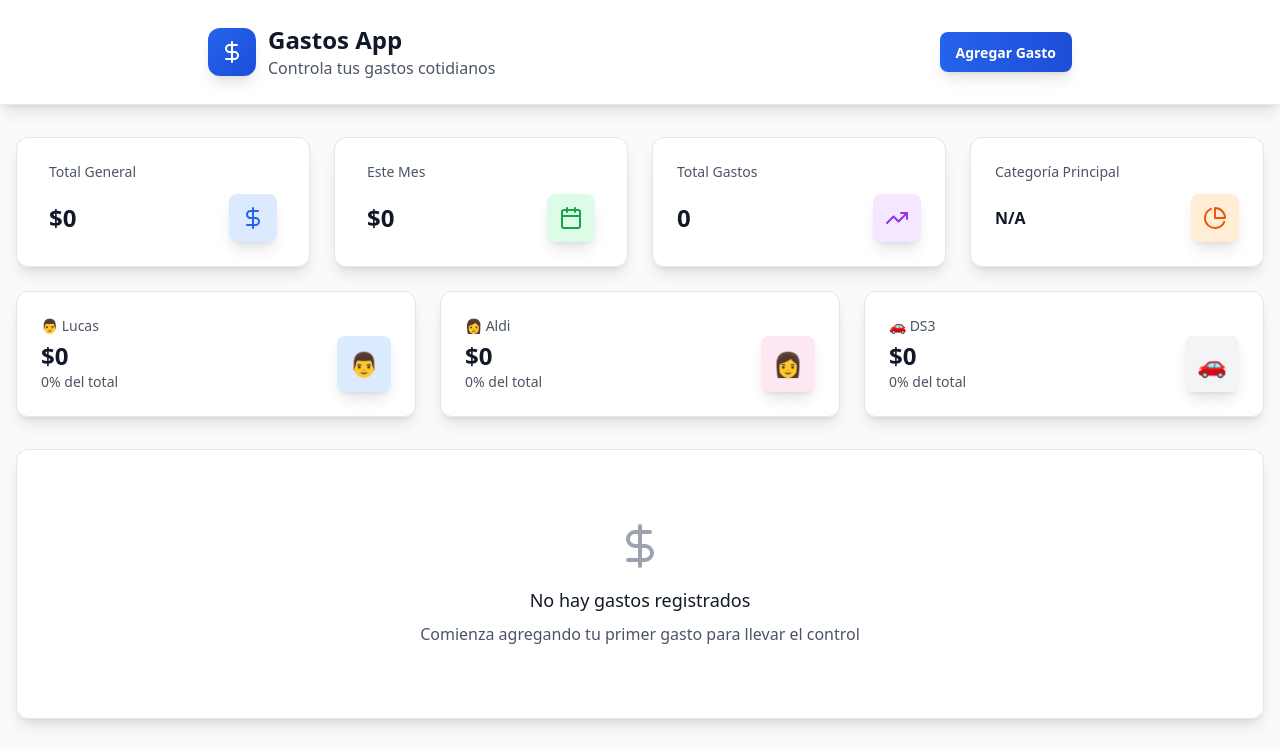
Repository: lucastenaglia/Gastosapp
Page: /
These files come from the project's save history. The page is drawn as it stood at one moment and after the next save; the edit follows.
The browser window is 1280 px wide. The pictures show the whole page.
The page's requests for data from a server got no answer. The project was rebuilt for these pictures with package versions that can differ from the ones it lists, and the page was loaded fresh each time. No one was signed in, and anything a server would have sent is missing. Also part of the build but not shown: vite.config.js, src/components/ExpenseForm.jsx.

Above is the page before, as saved 2025-08-13 18:52:20.

### index.html
<!DOCTYPE html>
<html lang="es">
  <head>
    <meta charset="UTF-8" />
    <link rel="icon" type="image/svg+xml" href="data:[embedded picture, 125 characters]" />
    <meta name="viewport" content="width=device-width, initial-scale=1.0" />
    <title>Gastos App - Control de Gastos Cotidianos</title>
  </head>
  <body>
    <div id="root"></div>
    <script type="module" src="/src/main.jsx"></script>
  </body>
</html>

### src/App.jsx
import { useState, useEffect } from 'react'
import Header from './components/Header'
import ExpenseForm from './components/ExpenseForm'
import ExpenseList from './components/ExpenseList'
import ExpenseSummary from './components/ExpenseSummary'
import { getExpenses, addExpense, updateExpense, deleteExpense } from './services/expenseService'

function App() {
  const [expenses, setExpenses] = useState([])
  const [isFormOpen, setIsFormOpen] = useState(false)
  const [loading, setLoading] = useState(true)
  const [error, setError] = useState(null)

  // Cargar gastos al iniciar la aplicación
  useEffect(() => {
    loadExpenses()
  }, [])

  // Cerrar modal con Escape
  useEffect(() => {
    const handleEscape = (e) => {
      if (e.key === 'Escape' && isFormOpen) {
        setIsFormOpen(false)
      }
    }

    if (isFormOpen) {
      document.addEventListener('keydown', handleEscape)
      // Bloquear el scroll del body
      document.body.style.overflow = 'hidden'
    }

    return () => {
      document.removeEventListener('keydown', handleEscape)
      // Restaurar el scroll del body
      document.body.style.overflow = 'unset'
    }
  }, [isFormOpen])

  const loadExpenses = async () => {
    try {
      setLoading(true)
      const data = await getExpenses()
      setExpenses(data)
      setError(null)
    } catch (err) {
      setError('Error al cargar los gastos')
      console.error(err)
    } finally {
      setLoading(false)
    }
  }

  const handleAddExpense = async (expense) => {
    try {
      const newExpense = await addExpense(expense)
      setExpenses([newExpense, ...expenses])
      setIsFormOpen(false)
    } catch (err) {
      setError('Error al agregar el gasto')
      console.error(err)
    }
  }

  const handleDeleteExpense = async (id) => {
    try {
      await deleteExpense(id)
      setExpenses(expenses.filter(expense => expense.id !== id))
    } catch (err) {
      setError('Error al eliminar el gasto')
      console.error(err)
    }
  }

  const handleEditExpense = async (id, updatedExpense) => {
    try {
      const updated = await updateExpense(id, updatedExpense)
      setExpenses(expenses.map(expense =>
        expense.id === id ? updated : expense
      ))
    } catch (err) {
      setError('Error al actualizar el gasto')
      console.error(err)
    }
  }

  return (
    <div className="min-h-screen bg-gray-50">
      <Header onAddExpense={() => setIsFormOpen(true)} />

      <main className="container mx-auto px-4 py-8 max-w-4.5xl">
        {error && (
          <div className="bg-red-100 border border-red-400 text-red-700 px-4 py-3 rounded mb-6">
            {error}
          </div>
        )}

        <ExpenseSummary expenses={expenses} />

        <div className="mt-8">
          <ExpenseList
            expenses={expenses}
            onDelete={handleDeleteExpense}
            onEdit={handleEditExpense}
            loading={loading}
          />
        </div>
      </main>

      {/* Modal Overlay */}
      {isFormOpen && (
        <div
          className="fixed inset-0 bg-black bg-opacity-50 flex items-center justify-center z-50 p-4 animate-in fade-in duration-200"
          onClick={() => setIsFormOpen(false)}
        >
          <div
            className="bg-white rounded-xl shadow-2xl max-w-md w-full mx-4 max-h-[90vh] overflow-y-auto animate-in zoom-in-95 duration-200"
            onClick={(e) => e.stopPropagation()}
          >
            <ExpenseForm
              onSubmit={handleAddExpense}
              onCancel={() => setIsFormOpen(false)}
            />
          </div>
        </div>
      )}
    </div>
  )
}

export default App

### src/index.css
@tailwind base;
@tailwind components;
@tailwind utilities;

@layer base {
  body {
    @apply bg-gray-50 text-gray-900;
  }
}

@layer components {
                .btn-primary {
                @apply bg-primary-600 hover:bg-primary-700 text-white font-medium py-2 px-4 rounded-lg transition-all duration-300 shadow-md hover:shadow-lg hover:-translate-y-0.5 transform;
              }

              .btn-secondary {
                @apply bg-gray-200 hover:bg-gray-300 text-gray-800 font-medium py-2 px-4 rounded-lg transition-all duration-300 shadow-md hover:shadow-lg hover:-translate-y-0.5 transform;
              }

                .input-field {
                @apply w-full px-3 py-2 border border-gray-300 rounded-lg focus:outline-none focus:ring-2 focus:ring-primary-500 focus:border-transparent shadow-sm focus:shadow-md transition-all duration-300;
              }

                            .card {
                @apply bg-white rounded-xl shadow-lg border border-gray-200 p-6 transform transition-all duration-300 hover:shadow-2xl hover:-translate-y-1;
              }

              .modal-enter {
                @apply opacity-0 scale-95;
              }

              .modal-enter-active {
                @apply opacity-100 scale-100 transition-all duration-200 ease-out;
              }

              .modal-exit {
                @apply opacity-100 scale-100;
              }

              .modal-exit-active {
                @apply opacity-0 scale-95 transition-all duration-200 ease-in;
              }
}

### src/components/Header.jsx
import { Plus, DollarSign } from 'lucide-react'

const Header = ({ onAddExpense }) => {
  return (
    <header className="bg-white shadow-lg border-b border-gray-200">
      <div className="container mx-auto px-4 py-6 max-w-4xl">
        <div className="flex items-center justify-between">
          <div className="flex items-center space-x-3">
            <div className="bg-gradient-to-br from-primary-600 to-primary-700 p-3 rounded-xl shadow-lg">
              <DollarSign className="h-6 w-6 text-white" />
            </div>
            <div>
              <h1 className="text-2xl font-bold text-gray-900">Gastos App</h1>
              <p className="text-gray-600">Controla tus gastos cotidianos</p>
            </div>
          </div>

          <button
            onClick={onAddExpense}
            className="bg-gradient-to-r from-primary-600 to-primary-700 active:from-primary-800 active:to-primary-900 text-white font-semibold py-2 px-4 rounded-lg shadow-lg hover:shadow-xl active:shadow-md active:translate-y-0.5 transition-all duration-200 border-0 focus:outline-none focus:ring-2 focus:ring-primary-300"
          >
            <span className="text-sm">Agregar Gasto</span>
          </button>
        </div>
      </div>
    </header>
  )
}

export default Header

### src/components/ExpenseList.jsx
import { useState } from 'react'
import { Trash2, Edit, Calendar, DollarSign } from 'lucide-react'

const ExpenseList = ({ expenses, onDelete, onEdit, loading }) => {
  const [editingId, setEditingId] = useState(null)
  const [editForm, setEditForm] = useState({})

  const categoryIcons = {
    comida: '🍽️',
    super: '🛒',
    auto: '🚗',
    entretenimiento: '🎮',
    salud: '💊',
    ropa: '👕',
    hogar: '🏠',
    otros: '📦'
  }

  const categoryColors = {
    comida: 'bg-orange-100 text-orange-800',
    super: 'bg-red-100 text-red-800',
    auto: 'bg-blue-100 text-blue-800',
    entretenimiento: 'bg-purple-100 text-purple-800',
    salud: 'bg-green-100 text-green-800',
    ropa: 'bg-pink-100 text-pink-800',
    hogar: 'bg-yellow-100 text-yellow-800',
    otros: 'bg-gray-100 text-gray-800'
  }

  const handleEdit = (expense) => {
    setEditingId(expense.id)
    setEditForm({
      description: expense.description,
      amount: expense.amount.toString(),
      category: expense.category,
      person: expense.person || 'lucas',
      date: expense.date
    })
  }

  const handleSaveEdit = (id) => {
    onEdit(id, {
      ...editForm,
      amount: parseFloat(editForm.amount)
    })
    setEditingId(null)
    setEditForm({})
  }

  const handleCancelEdit = () => {
    setEditingId(null)
    setEditForm({})
  }

  const formatDate = (dateString) => {
    const date = new Date(dateString)
    return date.toLocaleDateString('es-ES', {
      year: 'numeric',
      month: 'short',
      day: 'numeric'
    })
  }

  if (loading) {
    return (
      <div className="card">
        <div className="text-center py-12">
          <div className="animate-spin rounded-full h-12 w-12 border-b-2 border-primary-600 mx-auto mb-4"></div>
          <h3 className="text-lg font-medium text-gray-900 mb-2">
            Cargando gastos...
          </h3>
          <p className="text-gray-600">
            Conectando con la base de datos
          </p>
        </div>
      </div>
    )
  }

  if (expenses.length === 0) {
    return (
      <div className="card">
        <div className="text-center py-12">
          <DollarSign className="h-12 w-12 text-gray-400 mx-auto mb-4" />
          <h3 className="text-lg font-medium text-gray-900 mb-2">
            No hay gastos registrados
          </h3>
          <p className="text-gray-600">
            Comienza agregando tu primer gasto para llevar el control
          </p>
        </div>
      </div>
    )
  }

  return (
    <div className="card">
      <h2 className="text-xl font-semibold text-gray-900 mb-6">
        Historial de Gastos
      </h2>

      <div className="space-y-3">
        {expenses.map(expense => (
          <div key={expense.id} className="border border-gray-200 rounded-lg p-3 sm:p-4 bg-white shadow-md hover:shadow-xl hover:-translate-y-1 transform transition-all duration-300">
            {editingId === expense.id ? (
              <div className="space-y-3">
                <input
                  type="text"
                  value={editForm.description}
                  onChange={(e) => setEditForm({...editForm, description: e.target.value})}
                  className="input-field"
                />
                <div className="grid grid-cols-1 sm:grid-cols-2 gap-3">
                  <input
                    type="number"
                    value={editForm.amount}
                    onChange={(e) => setEditForm({...editForm, amount: e.target.value})}
                    className="input-field"
                    step="1"
                    min="0"
                  />
                  <select
                    value={editForm.category}
                    onChange={(e) => setEditForm({...editForm, category: e.target.value})}
                    className="input-field"
                  >
                    <option value="comida">🍽️ Comida</option>
                    <option value="super">🛒 Super</option>
                    <option value="auto">🚗 Auto</option>
                    <option value="entretenimiento">🎮 Entretenimiento</option>
                    <option value="salud">💊 Salud</option>
                    <option value="ropa">👕 Ropa</option>
                    <option value="hogar">🏠 Hogar</option>
                    <option value="otros">📦 Otros</option>
                  </select>
                </div>
                <div className="grid grid-cols-1 sm:grid-cols-2 gap-3">
                  <select
                    value={editForm.person}
                    onChange={(e) => setEditForm({...editForm, person: e.target.value})}
                    className="input-field"
                  >
                    <option value="lucas">👨 Lucas</option>
                    <option value="aldi">👩 Aldi</option>
                  </select>
                  <input
                    type="date"
                    value={editForm.date}
                    onChange={(e) => setEditForm({...editForm, date: e.target.value})}
                    className="input-field"
                  />
                </div>
                <div className="flex space-x-2">
                  <button
                    onClick={() => handleSaveEdit(expense.id)}
                    className="btn-primary text-sm flex-1"
                  >
                    Guardar
                  </button>
                  <button
                    onClick={handleCancelEdit}
                    className="btn-secondary text-sm flex-1"
                  >
                    Cancelar
                  </button>
                </div>
              </div>
            ) : (
              <div className="space-y-3">
                {/* Header con icono, descripción y monto */}
                <div className="flex items-start justify-between">
                  <div className="flex items-center space-x-3 flex-1 min-w-0">
                    <div className={`p-2 rounded-lg flex-shrink-0 ${categoryColors[expense.category]}`}>
                      <span className="text-lg">{categoryIcons[expense.category]}</span>
                    </div>

                    <div className="flex-1 min-w-0">
                      <h3 className="font-medium text-gray-900 truncate">
                        {expense.description}
                      </h3>
                      <div className="flex items-center space-x-2 text-sm text-gray-600 mt-1">
                        <span className="flex items-center space-x-1">
                          <Calendar className="h-3 w-3" />
                          <span className="hidden sm:inline">{formatDate(expense.date)}</span>
                          <span className="sm:hidden">{new Date(expense.date).toLocaleDateString('es-ES', { day: '2-digit', month: '2-digit' })}</span>
                        </span>
                        <span className="hidden sm:inline">•</span>
                        <span className="capitalize text-xs sm:text-sm">{expense.category}</span>
                      </div>
                    </div>
                  </div>

                  <div className="flex items-center space-x-2 flex-shrink-0">
                    <span className="text-lg font-semibold text-gray-900">
                      ${expense.amount}
                    </span>

                    <div className="flex space-x-1">
                      <button
                        onClick={() => handleEdit(expense)}
                        className="p-1 text-gray-400 hover:text-blue-600 transition-colors"
                        title="Editar"
                      >
                        <Edit className="h-4 w-4" />
                      </button>
                      <button
                        onClick={() => onDelete(expense.id)}
                        className="p-1 text-gray-400 hover:text-red-600 transition-colors"
                        title="Eliminar"
                      >
                        <Trash2 className="h-4 w-4" />
                      </button>
                    </div>
                  </div>
                </div>

                {/* Información adicional en móvil */}
                <div className="sm:hidden flex items-center justify-between text-sm text-gray-600 border-t pt-2">
                  <span className="flex items-center space-x-1">
                    <span>{expense.person === 'lucas' ? '👨' : '👩'}</span>
                    <span className="capitalize">{expense.person || 'lucas'}</span>
                  </span>
                  <span className="text-xs">
                    {new Date(expense.date).toLocaleDateString('es-ES', { year: 'numeric' })}
                  </span>
                </div>
              </div>
            )}
          </div>
        ))}
      </div>
    </div>
  )
}

export default ExpenseList

### src/components/ExpenseSummary.jsx
import { TrendingUp, Calendar, DollarSign, PieChart } from 'lucide-react'

const ExpenseSummary = ({ expenses }) => {
  const totalExpenses = expenses.reduce((sum, expense) => sum + expense.amount, 0)

  const today = new Date()
  const thisMonth = today.getMonth()
  const thisYear = today.getFullYear()

  const monthlyExpenses = expenses.filter(expense => {
    const expenseDate = new Date(expense.date)
    return expenseDate.getMonth() === thisMonth && expenseDate.getFullYear() === thisYear
  })

  const monthlyTotal = monthlyExpenses.reduce((sum, expense) => sum + expense.amount, 0)

  const categoryTotals = expenses.reduce((acc, expense) => {
    acc[expense.category] = (acc[expense.category] || 0) + expense.amount
    return acc
  }, {})

  const topCategory = Object.entries(categoryTotals).sort(([,a], [,b]) => b - a)[0]

     // Estadísticas por persona
   const personTotals = expenses.reduce((acc, expense) => {
     // Si la categoría es "auto", asignar a "ds3", sino usar la persona seleccionada
     const person = expense.category === 'auto' ? 'ds3' : (expense.person || 'lucas')
     acc[person] = (acc[person] || 0) + expense.amount
     return acc
   }, {})

   const lucasTotal = personTotals.lucas || 0
   const aldiTotal = personTotals.aldi || 0
   const ds3Total = personTotals.ds3 || 0

  const formatCurrency = (amount) => {
    return `$${Math.round(amount).toLocaleString('en-US')}`
  }

  return (
    <div className="space-y-4 sm:space-y-6">
                  {/* Primera fila - Estadísticas generales */}
      <div className="grid grid-cols-2 lg:grid-cols-4 gap-3 sm:gap-6">
                 {/* Total General */}
          <div className="card relative p-4 sm:p-6 lg:px-8">
           <div className="space-y-3">
             <p className="text-xs sm:text-sm font-medium text-gray-600">Total General</p>
             <div className="flex items-center justify-between">
               <div className="flex-1">
                 <p className="text-lg sm:text-xl lg:text-2xl font-bold text-gray-900">
                   {formatCurrency(totalExpenses)}
                 </p>
               </div>
               <div className="bg-blue-100 p-2 sm:p-2.5 lg:p-3 rounded-lg shadow-lg ml-4">
                 <DollarSign className="h-4 w-4 sm:h-5 sm:w-5 lg:h-6 lg:w-6 text-blue-600" />
               </div>
             </div>
           </div>
         </div>

                                   {/* Gastos del Mes */}
          <div className="card relative p-4 sm:p-6 lg:px-8">
           <div className="space-y-3">
             <p className="text-xs sm:text-sm font-medium text-gray-600">Este Mes</p>
             <div className="flex items-center justify-between">
               <div className="flex-1">
                 <p className="text-lg sm:text-xl lg:text-2xl font-bold text-gray-900">
                   {formatCurrency(monthlyTotal)}
                 </p>
               </div>
               <div className="bg-green-100 p-2 sm:p-2.5 lg:p-3 rounded-lg shadow-lg ml-4">
                 <Calendar className="h-4 w-4 sm:h-5 sm:w-5 lg:h-6 lg:w-6 text-green-600" />
               </div>
             </div>
           </div>
         </div>

                                   {/* Total de Gastos */}
          <div className="card relative p-4 sm:p-6 lg:px-6">
           <div className="space-y-3">
             <p className="text-xs sm:text-sm font-medium text-gray-600">Total Gastos</p>
             <div className="flex items-center justify-between">
                 <div className="flex-1">
                  <p className="text-2xl sm:text-3xl lg:text-2xl font-bold text-gray-900">
                   {expenses.length}
                 </p>
               </div>
                                 <div className="bg-purple-100 p-2 sm:p-2.5 lg:p-3 rounded-lg shadow-lg ml-4">
                 <TrendingUp className="h-4 w-4 sm:h-5 sm:w-5 lg:h-6 lg:w-6 text-purple-600" />
               </div>
             </div>
           </div>
         </div>

                 {/* Categoría Principal */}
         <div className="card relative p-4 sm:p-6 lg:px-6">
           <div className="space-y-3">
             <p className="text-xs sm:text-sm font-medium text-gray-600">Categoría Principal</p>
             <div className="flex items-center justify-between">
               <div className="flex-1">
                  <p className="text-base sm:text-lg lg:text-base font-semibold text-gray-900 capitalize">
                   {topCategory ? topCategory[0] : 'N/A'}
                 </p>
                 {topCategory && (
                   <p className="text-xs sm:text-sm text-gray-600">
                     {formatCurrency(topCategory[1])}
                   </p>
                 )}
               </div>
                                 <div className="bg-orange-100 p-2 sm:p-2.5 lg:p-3 rounded-lg shadow-lg ml-4">
                 <PieChart className="h-4 w-4 sm:h-5 sm:w-5 lg:h-6 lg:w-6 text-orange-600" />
               </div>
             </div>
           </div>
         </div>
      </div>

                    {/* Segunda fila - Estadísticas por persona */}
       <div className="grid grid-cols-1 sm:grid-cols-3 gap-3 sm:gap-6">
                 {/* Gastos de Lucas */}
         <div className="card relative p-4 sm:p-6">
           <div>
             <p className="text-xs sm:text-sm font-medium text-gray-600">👨 Lucas</p>
             <div className="flex items-end justify-between">
               <div>
                 <p className="text-lg sm:text-2xl font-bold text-gray-900">
                   {formatCurrency(lucasTotal)}
                 </p>
                 <p className="text-xs sm:text-sm text-gray-600">
                   {totalExpenses > 0 ? `${((lucasTotal / totalExpenses) * 100).toFixed(1)}%` : '0%'} del total
                 </p>
               </div>
               <div className="bg-blue-100 p-2 sm:p-3 rounded-lg shadow-lg">
                 <span className="text-lg sm:text-2xl">👨</span>
               </div>
             </div>
           </div>
         </div>

                 {/* Gastos de Aldi */}
         <div className="card relative p-4 sm:p-6">
           <div>
             <p className="text-xs sm:text-sm font-medium text-gray-600">👩 Aldi</p>
             <div className="flex items-end justify-between">
               <div>
                 <p className="text-lg sm:text-2xl font-bold text-gray-900">
                   {formatCurrency(aldiTotal)}
                 </p>
                 <p className="text-xs sm:text-sm text-gray-600">
                   {totalExpenses > 0 ? `${((aldiTotal / totalExpenses) * 100).toFixed(1)}%` : '0%'} del total
                 </p>
               </div>
               <div className="bg-pink-100 p-2 sm:p-3 rounded-lg shadow-lg">
                 <span className="text-lg sm:text-2xl">👩</span>
               </div>
             </div>
           </div>
         </div>

                 {/* Gastos de DS3 (Auto) */}
         <div className="card relative p-4 sm:p-6">
           <div>
             <p className="text-xs sm:text-sm font-medium text-gray-600">🚗 DS3</p>
             <div className="flex items-end justify-between">
               <div>
                 <p className="text-lg sm:text-2xl font-bold text-gray-900">
                   {formatCurrency(ds3Total)}
                 </p>
                 <p className="text-xs sm:text-sm text-gray-600">
                   {totalExpenses > 0 ? `${((ds3Total / totalExpenses) * 100).toFixed(1)}%` : '0%'} del total
                 </p>
               </div>
               <div className="bg-gray-100 p-2 sm:p-3 rounded-lg shadow-lg">
                 <span className="text-lg sm:text-2xl">🚗</span>
               </div>
             </div>
           </div>
         </div>
       </div>
    </div>
  )
}

export default ExpenseSummary

### src/lib/supabase.js
import { createClient } from '@supabase/supabase-js'

// Configuración de Supabase
const supabaseUrl = 'https://tiarifmkqcayodakifqu.supabase.co'
const supabaseAnonKey = 'eyJhbGciOiJIUzI1NiIsInR5cCI6IkpXVCJ9.eyJpc3MiOiJzdXBhYmFzZSIsInJlZiI6InRpYXJpZm1rcWNheW9kYWtpZnF1Iiwicm9sZSI6ImFub24iLCJpYXQiOjE3NTQyMzYxMzcsImV4cCI6MjA2OTgxMjEzN30.qJr6Xvo0UF5_XPq4UWidASjwgjcWPFJ8CqR6mAHSsTU'

export const supabase = createClient(supabaseUrl, supabaseAnonKey)

### tailwind.config.js
/** @type {import('tailwindcss').Config} */
export default {
  content: [
    "./index.html",
    "./src/**/*.{js,ts,jsx,tsx}",
  ],
  theme: {
    extend: {
      colors: {
        primary: {
          50: '#eff6ff',
          500: '#3b82f6',
          600: '#2563eb',
          700: '#1d4ed8',
        }
      }
    },
  },
  plugins: [],
}

Loaded but not shown: src/main.jsx (common file); src/services/expenseService.js (78 lines, source omitted)

After the next save:
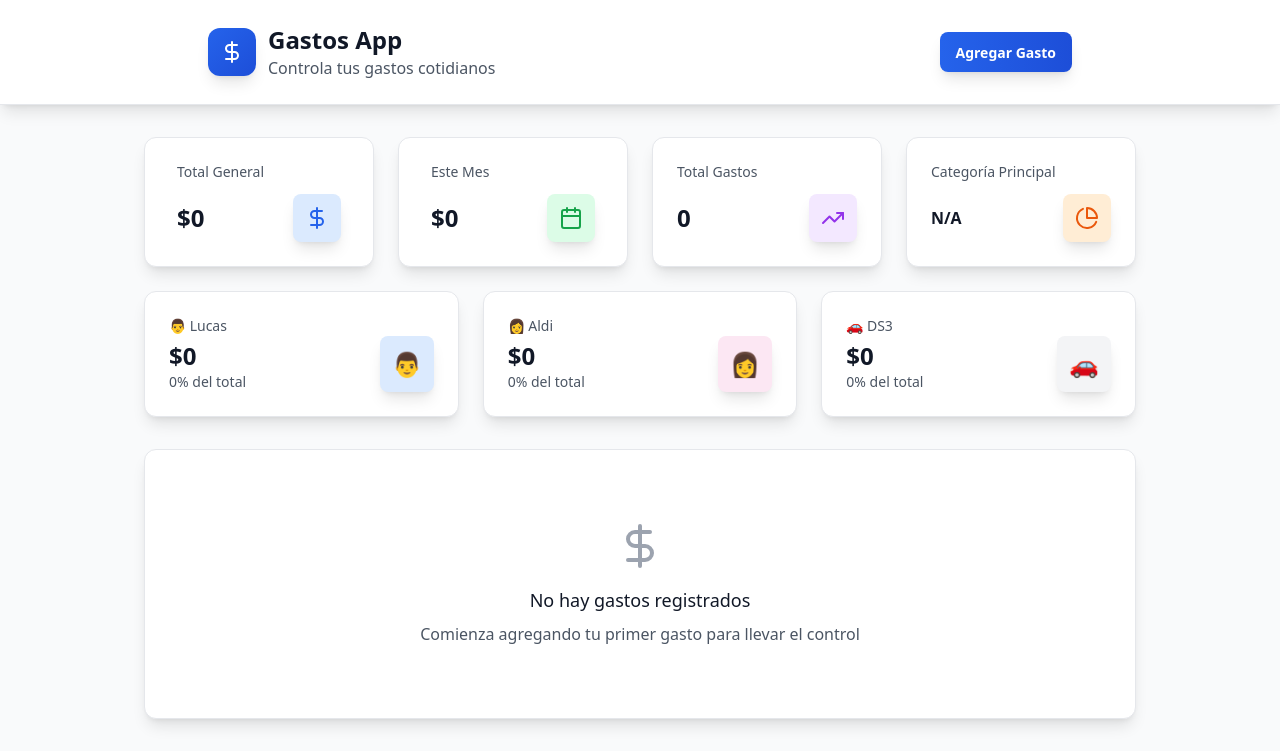
Saved 5 s later.
--- a/src/App.jsx
+++ b/src/App.jsx
@@ -88,7 +88,7 @@ function App() {
     <div className="min-h-screen bg-gray-50">
       <Header onAddExpense={() => setIsFormOpen(true)} />
 
-      <main className="container mx-auto px-4 py-8 max-w-4.5xl">
+      <main className="container mx-auto px-4 py-8 max-w-5xl">
         {error && (
           <div className="bg-red-100 border border-red-400 text-red-700 px-4 py-3 rounded mb-6">
             {error}
